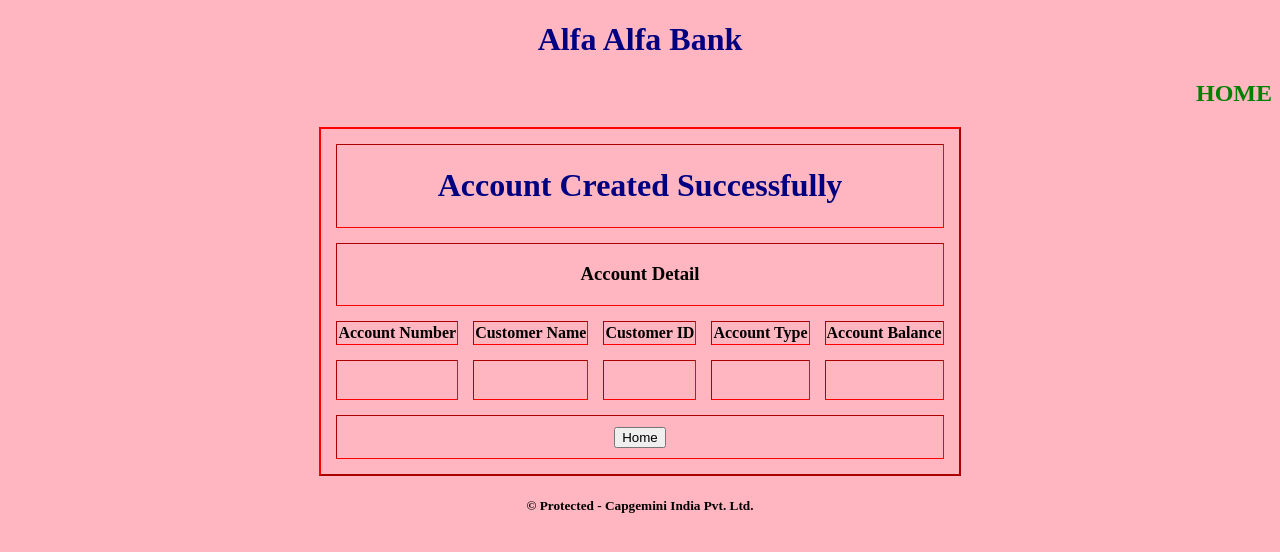
Repository: Rccalfa123/OnlineBankingApp
Page: http://localhost/AlfaAlfaBankApp/addNewSuccess.jsp
The author's editor kept a copy of each file at every save. The page is drawn from the files as they stood at one save, then again after the next save.
The browser window is 1280 px wide. The pictures show the whole page.
The page is served by Tomcat 9.

Above is the page before, as saved 2018-08-13 07:21:33.

After the next save:
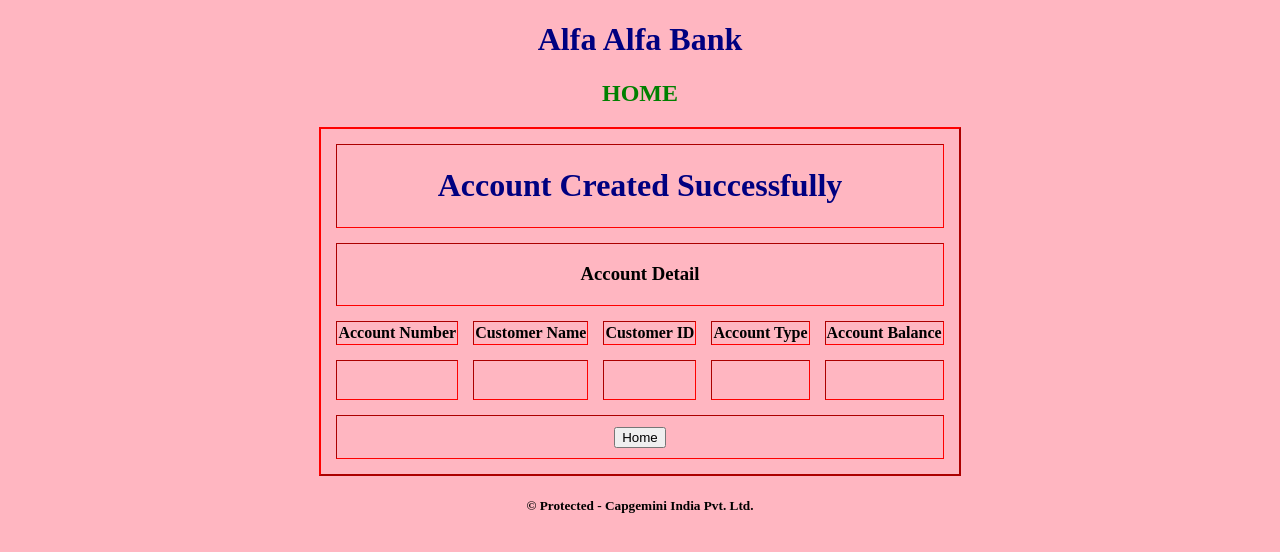
Saved 74 s later.
--- a/AlfaAlfaBankApp/WebContent/header.jsp
+++ b/AlfaAlfaBankApp/WebContent/header.jsp
@@ -1,5 +1,5 @@
 <%@taglib prefix="jstl" uri="http://java.sun.com/jsp/jstl/core" %>
 <div align="center">
 	<h1>Alfa Alfa Bank</h1>
-	<div align="right"> <h2> <a href="home.jsp">HOME</a></h2></div>
+	<div float="right"> <h2> <a href="home.jsp">HOME</a></h2></div>
 </div>

After the 3 saves that followed:
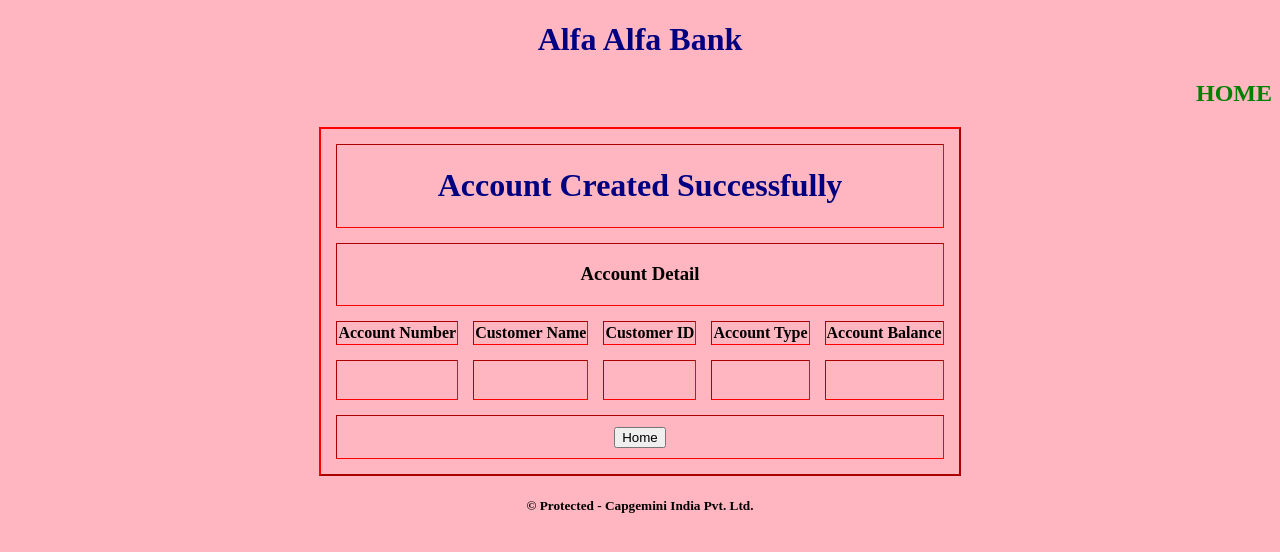
The 3 saves are shown as one change because 2 left the picture as it was.
The last was saved 78 s later.
--- a/AlfaAlfaBankApp/WebContent/header.jsp
+++ b/AlfaAlfaBankApp/WebContent/header.jsp
@@ -1,5 +1,5 @@
 <%@taglib prefix="jstl" uri="http://java.sun.com/jsp/jstl/core" %>
 <div align="center">
 	<h1>Alfa Alfa Bank</h1>
-	<div float="right"> <h2> <a href="home.jsp">HOME</a></h2></div>
+	<h2 align="right"> <a href="home.jsp">HOME</a></h2>
 </div>
